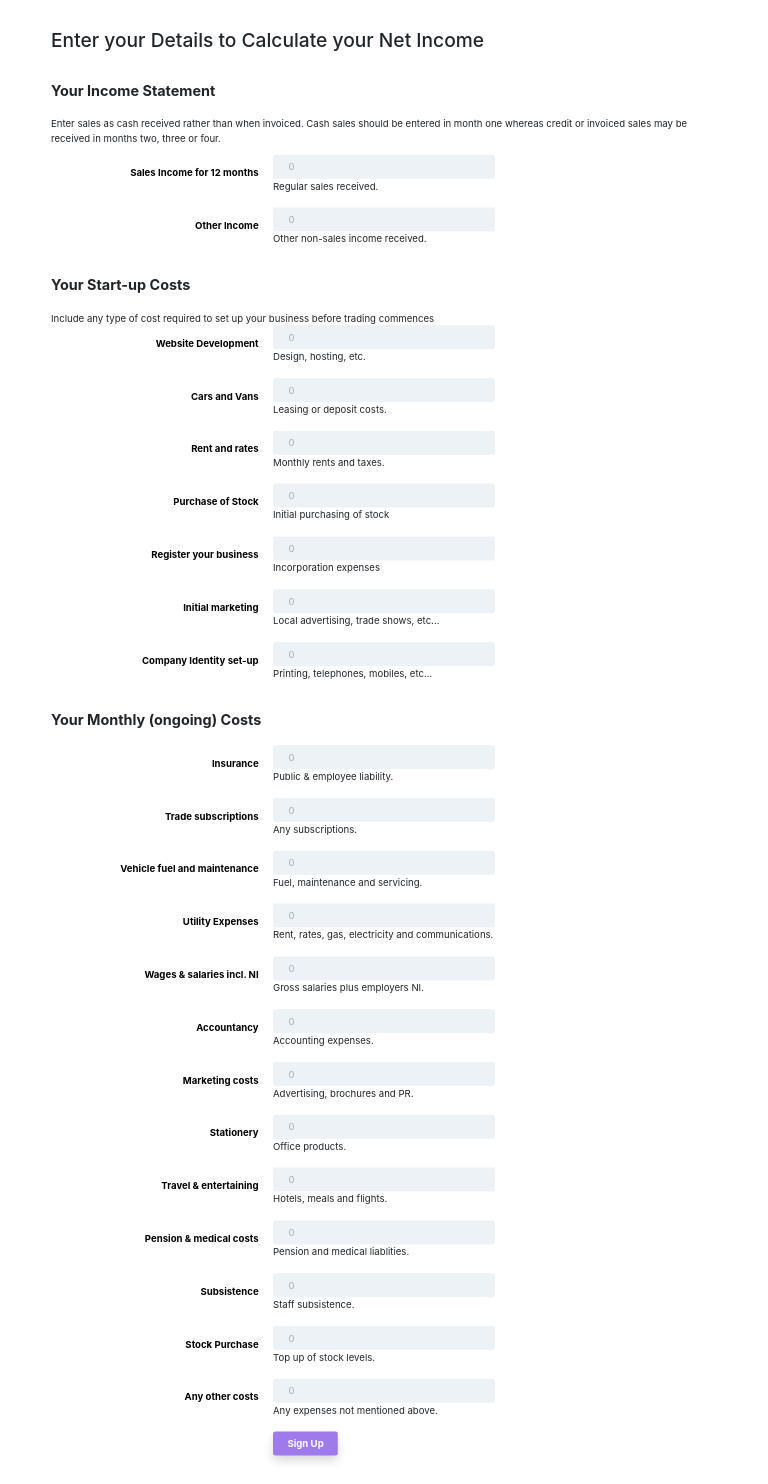
Repository: latenightsnacc/Financial-Forecast
Page: financial-forecast.html
These files come from the project's save history. The page is drawn as it stood at one moment and after the next save; the edit follows.
The browser window is 1280 px wide. The pictures show the whole page, at 60% of full size.

Above is the page before, as saved 2020-11-15 19:04:40.

After the next save:
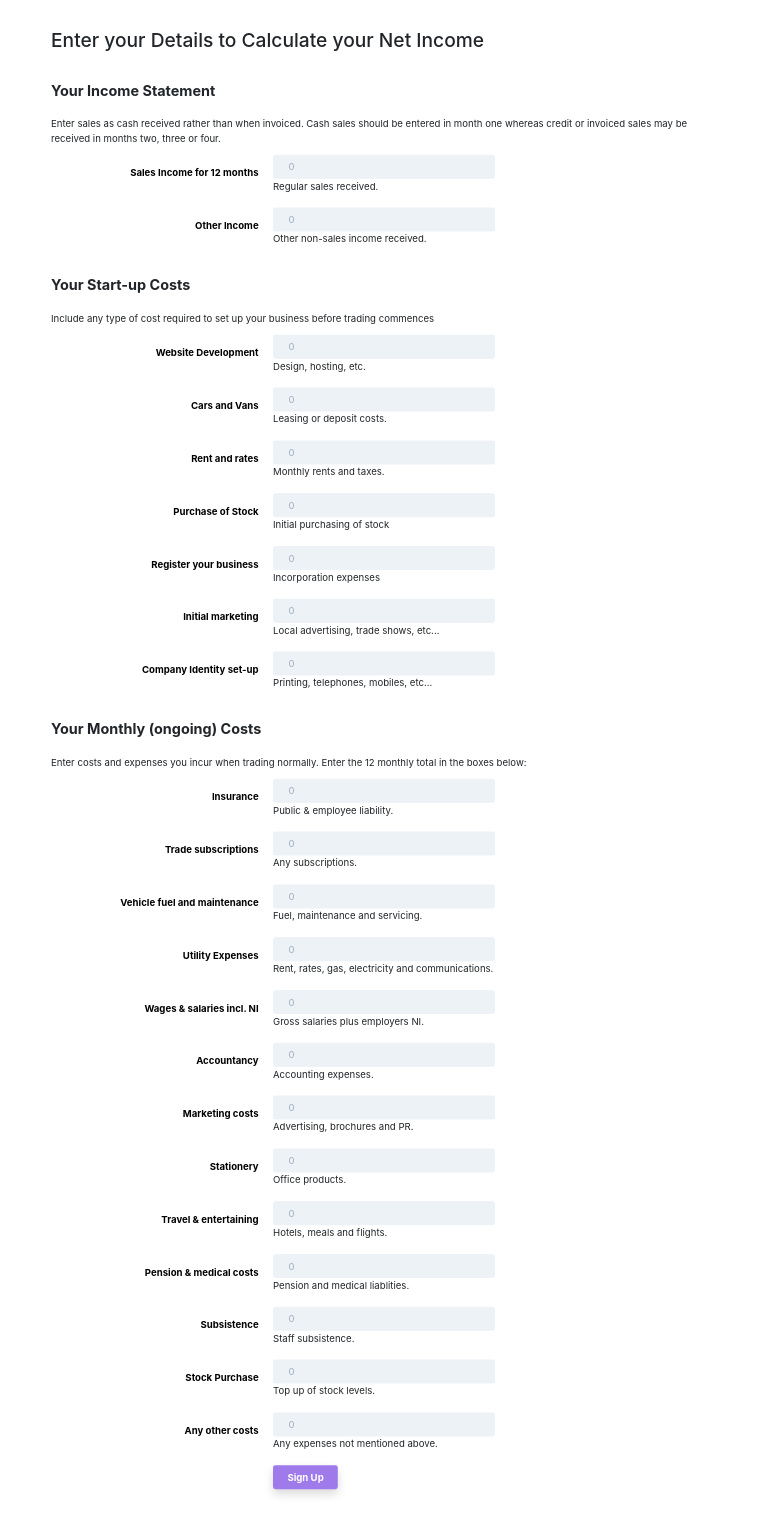
Saved 71 s later.
--- a/financial-forecast.html
+++ b/financial-forecast.html
@@ -52,7 +52,7 @@
                 </div>
             <!--STARTUP COSTS-->
                 <div class="title font-bold text-2xl mt-5 mb-6">Your Start-up Costs</div>
-                Include any type of cost required to set up your business before trading commences
+                <p>Include any type of cost required to set up your business before trading commences</p>
                 <!--Website Development-->
                 <div class="md:flex md:items-center mb-6">
                     <div class="md:w-1/3">
@@ -142,6 +142,7 @@
                 </div>
             <!--MONTHLY COSTS-->
                 <div class="title font-bold text-2xl mt-5 mb-6">Your Monthly (ongoing) Costs</div>
+                <p>Enter costs and expenses you incur when trading normally. Enter the 12 monthly total in the boxes below:</p>
                 <!--Website Development-->
                 <div class="md:flex md:items-center mb-6">
                     <div class="md:w-1/3">
